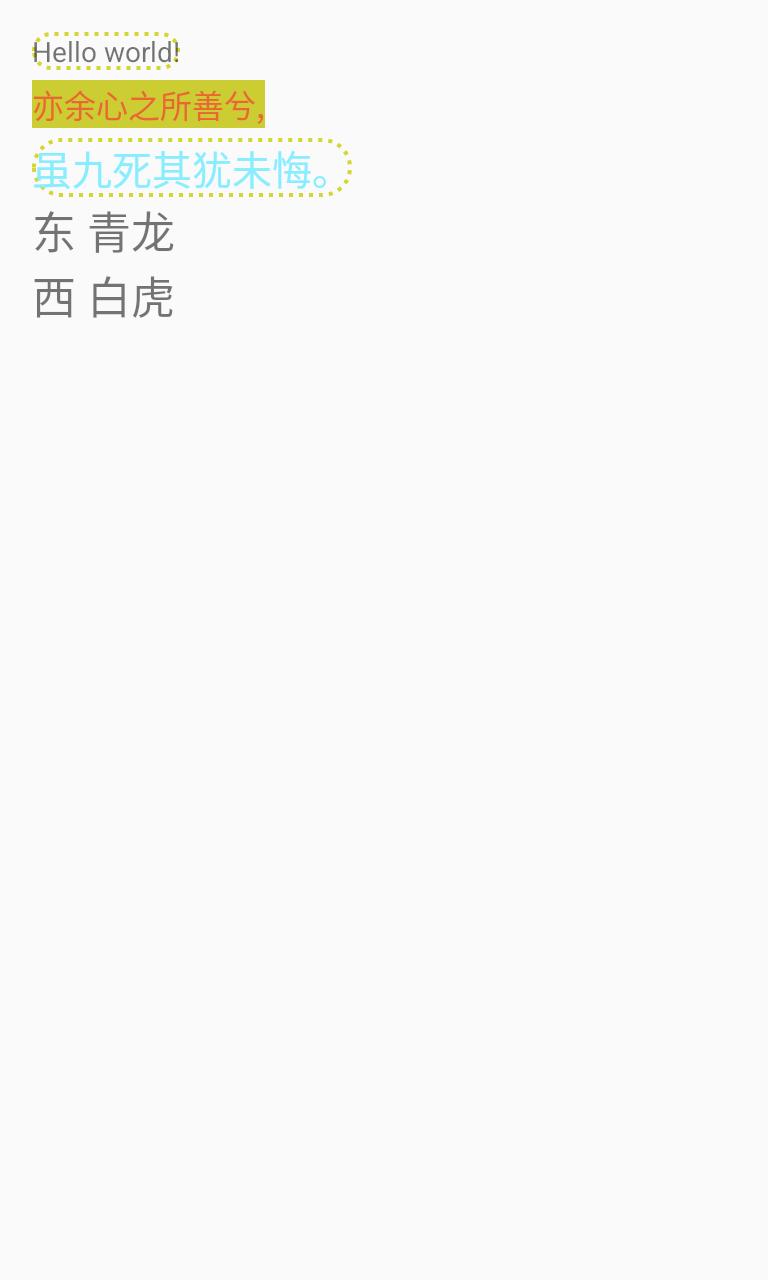
Repository: duhei/cici
Layout: GitHubFrist/res/layout/activity_main.xml
An editor plug-in stored every save of this project. The layout is shown before and after the next save, followed by the edit.
It is drawn on a 768 x 1280 px phone screen (xhdpi) without system bars, with theme AppTheme; the app's code is not run.

Above is the layout before, as saved 2015-07-10 08:48:36.

After the next save:
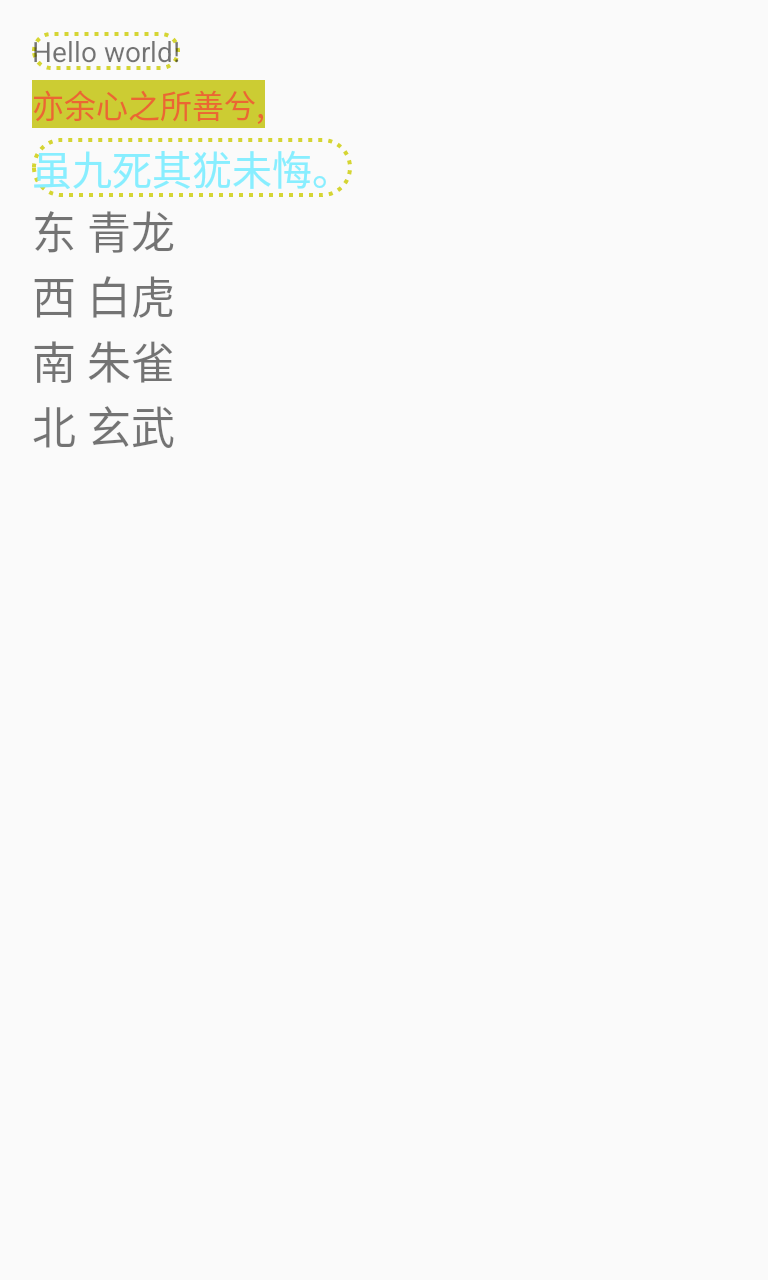
Saved 58 s later.
--- a/GitHubFrist/res/layout/activity_main.xml
+++ b/GitHubFrist/res/layout/activity_main.xml
@@ -47,4 +47,19 @@
         android:textSize="22dp"
         />
 
+    <TextView
+        android:layout_width="match_parent"
+        android:layout_height="wrap_content"
+        android:text="@string/south"
+        android:textSize="22dp"
+        />
+
+    <TextView
+        android:layout_width="match_parent"
+        android:layout_height="wrap_content"
+        android:background="@drawable/con_shape_bottom"
+        android:text="@string/nouth"
+        android:textSize="22dp"
+        />
+
 </LinearLayout>
